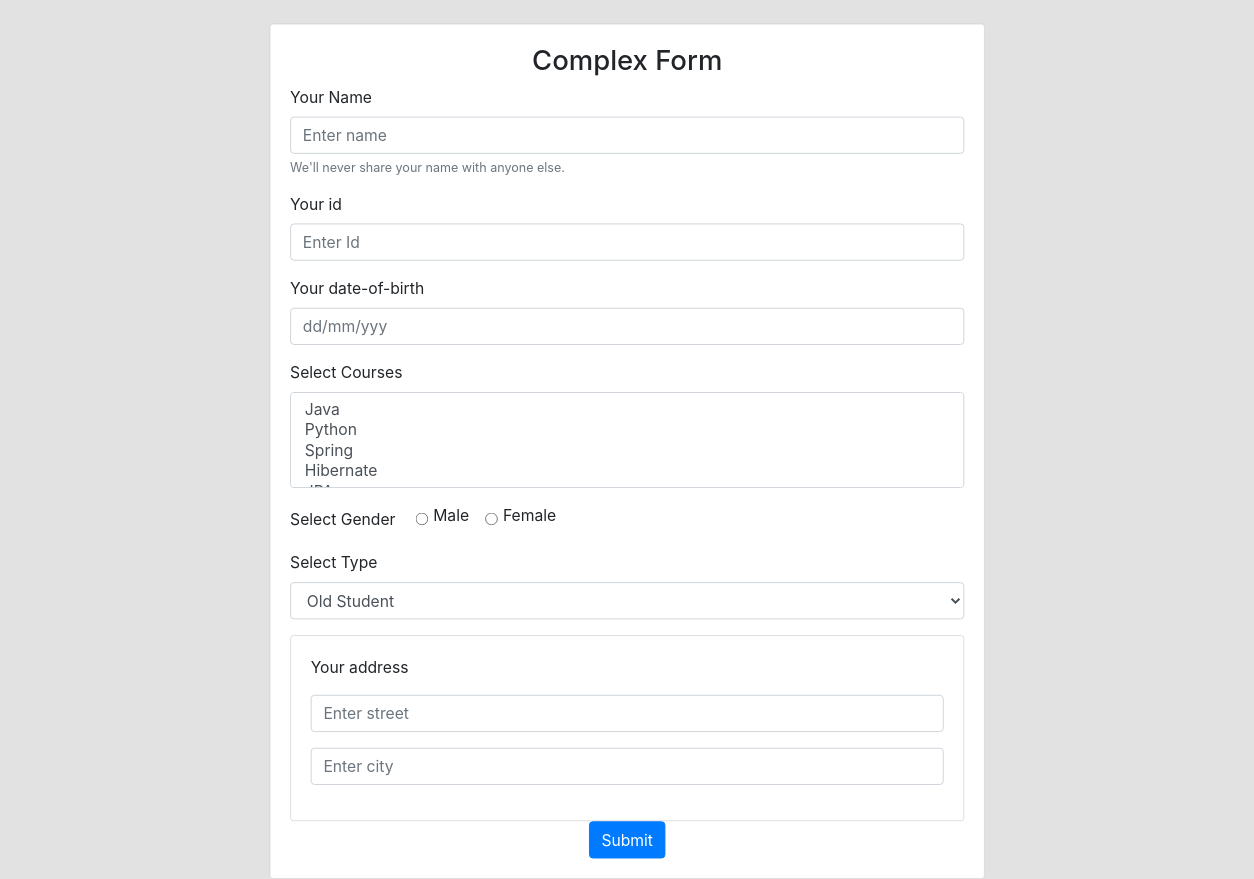
Repository: agupta003/3-18-2024
Page: http://localhost/spring-mvc-orm-db-Fileupload-multipart-resolver/WEB-INF/views/jsp/complex_form.jsp
The author's editor kept a copy of each file at every save. The page is drawn from the files as they stood at one save, then again after the next save.
The browser window is 1280 px wide. The pictures show the whole page, at 98% of full size.
Some web libraries are served in a nearby version. The page is served by Tomcat 10. Nobody is signed in. The template is opened directly, without the code that normally fills it, so the values that code supplies are empty.

Above is the page before, as saved 2024-03-28 13:35:02.

After the next save:
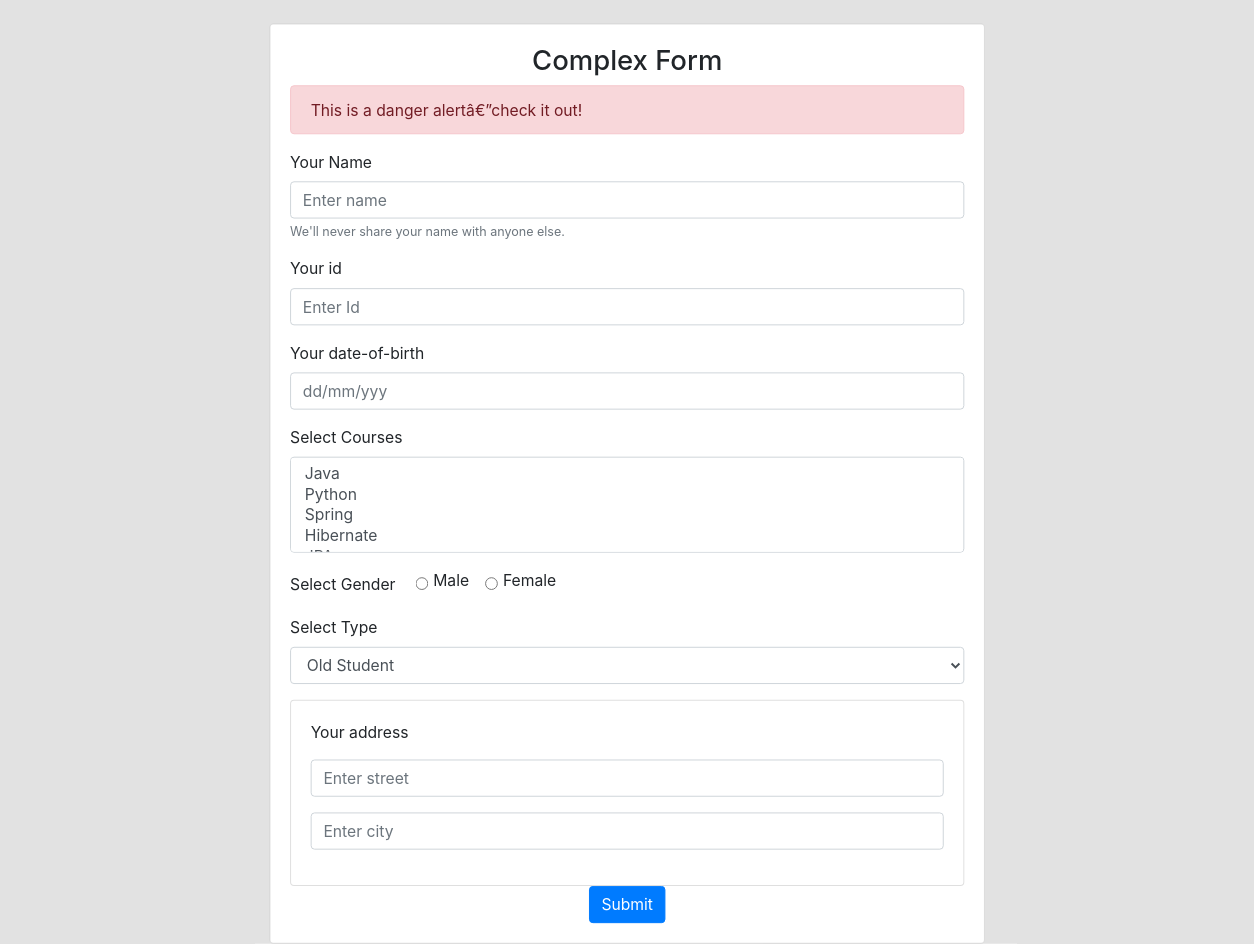
Saved 2 min 8 s later.
--- a/spring-mvc-orm-db-Fileupload-multipart-resolver/src/main/webapp/WEB-INF/views/jsp/complex_form.jsp
+++ b/spring-mvc-orm-db-Fileupload-multipart-resolver/src/main/webapp/WEB-INF/views/jsp/complex_form.jsp
@@ -22,6 +22,9 @@
 				<div class="card">
 					<div class="card-body">
 						<h3 class="text-center">Complex Form</h3>
+						<div class="alert alert-danger" role="alert">
+  							This is a danger alert—check it out!
+						</div>
 						<form action="handleform" method="post">
 							<div class="form-group">
 								<label for="exampleInputEmail1">Your Name</label> <input
